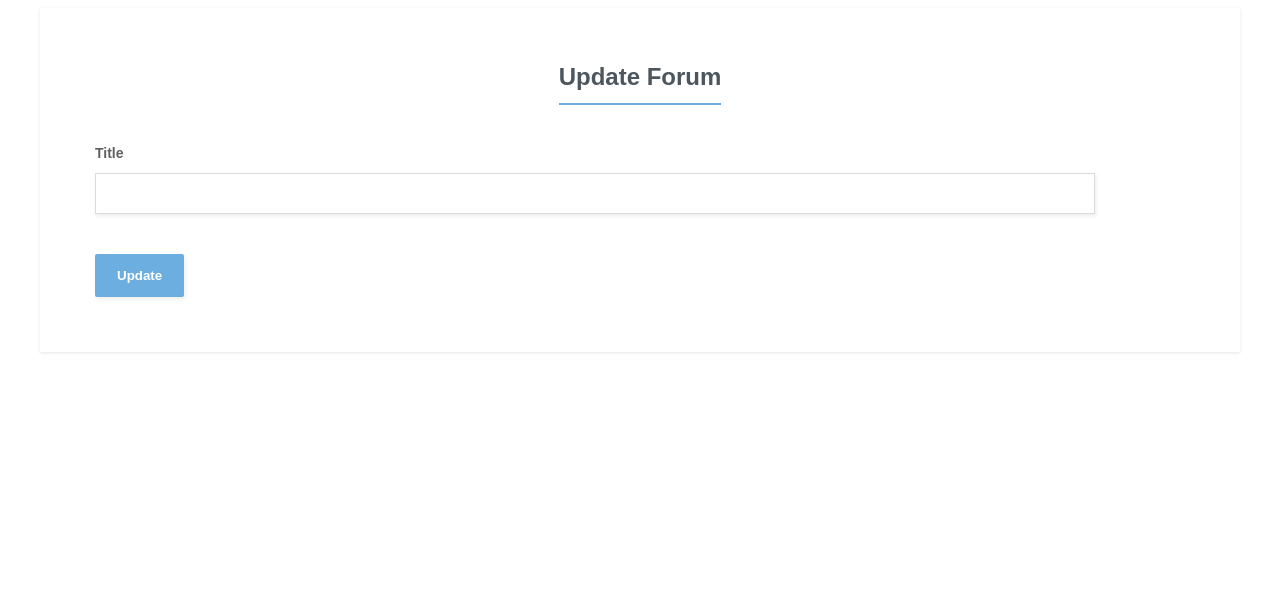
Repository: Abinayasivapraba/Project2
Page: ChatZoneFE/WebContent/Forum/EditForum.html
These files come from the project's save history. The page is drawn as it stood at one moment and after the next save; the edit follows.
The browser window is 1280 px wide. The pictures show the whole page.

Above is the page before, as saved 2017-06-04 14:40:08.

After the next save:
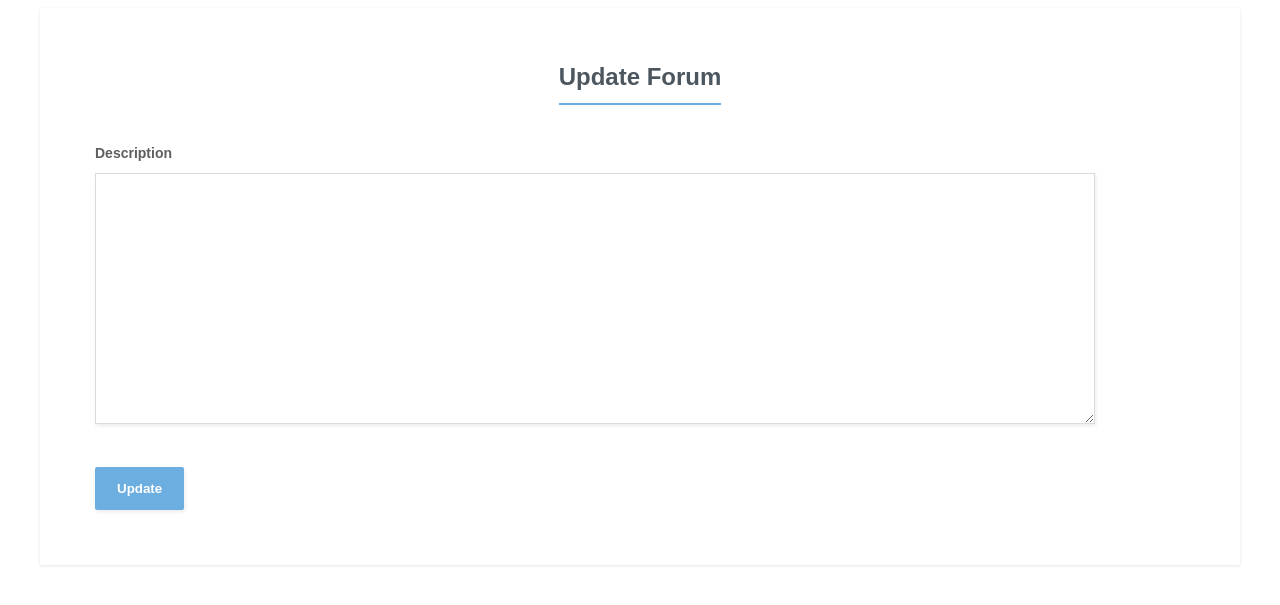
Saved 53 s later.
--- a/ChatZoneFE/WebContent/Forum/EditForum.html
+++ b/ChatZoneFE/WebContent/Forum/EditForum.html
@@ -108,12 +108,13 @@
             <div class="form-title-row">
                 <h1>Update Forum</h1>
             </div>
-            <div class="form-row">
+             <div class="form-row">
                 <label>
-                    <span>Title</span>
-                    <input type="text" ng-value="forum.forummessage" ng-bind='forum.forummessage' ng-model="ftrl.forum.forummessage" name="Forum Message" rows="10">
+                    <span>Description</span>
+                    <textarea id="textarea" name="description" ng-bind='blog.description' ng-model="btrl.blog.description" rows="15"></textarea>
                 </label>
             </div>
+
 
 
             <div class="form-row">
